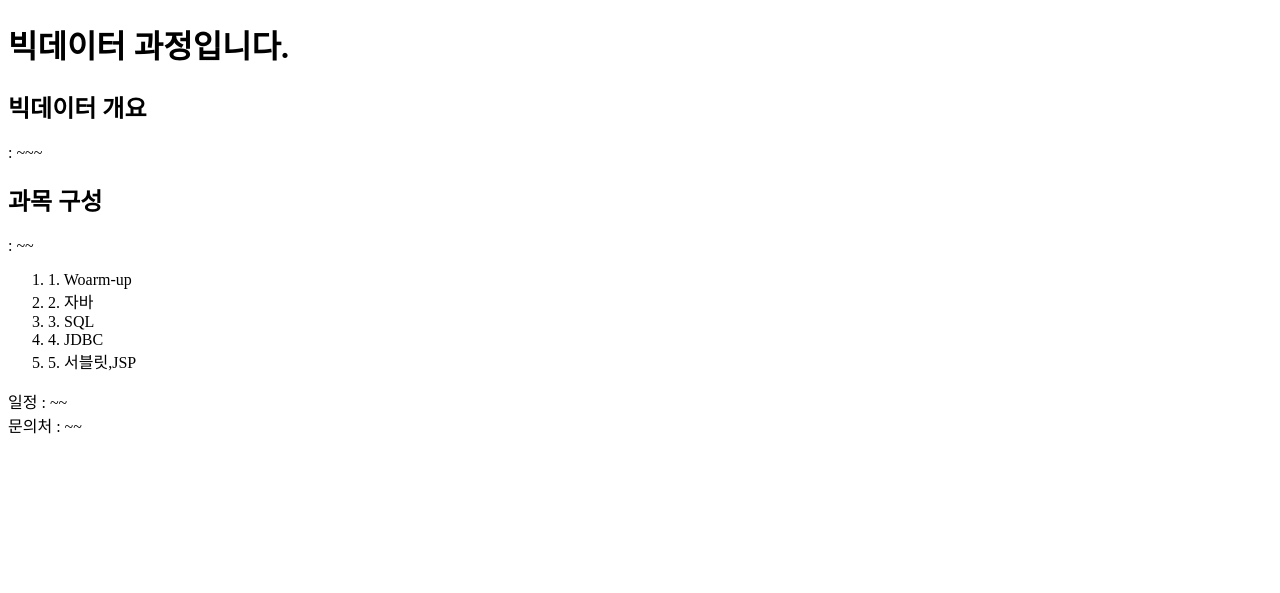
Repository: ybshim90/sesac1
Page: day_20211216_03_hello/src/main/webapp/hello.html
These files come from the project's save history. The page is drawn as it stood at one moment and after the next save; the edit follows.
The browser window is 1280 px wide. The pictures show the whole page.

Above is the page before, as saved 2021-12-16 07:39:13.

After the next save:
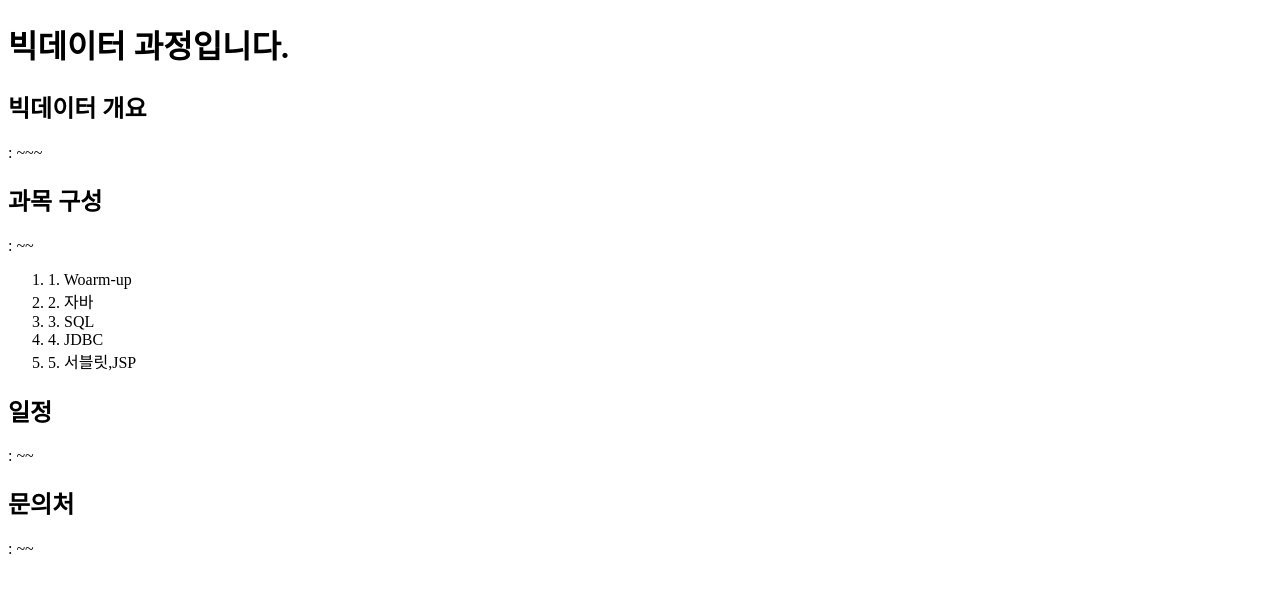
Saved 2 min 50 s later.
--- a/day_20211216_03_hello/src/main/webapp/hello.html
+++ b/day_20211216_03_hello/src/main/webapp/hello.html
@@ -16,8 +16,8 @@
 			<li>5. 서블릿,JSP</li>
 		</ol>
 
-		일정 : ~~<br>
-		문의처 : ~~
+		<h2>일정</h2> : ~~<br>
+		<h2>문의처</h2> : ~~
 
 	</body>
 </html>
